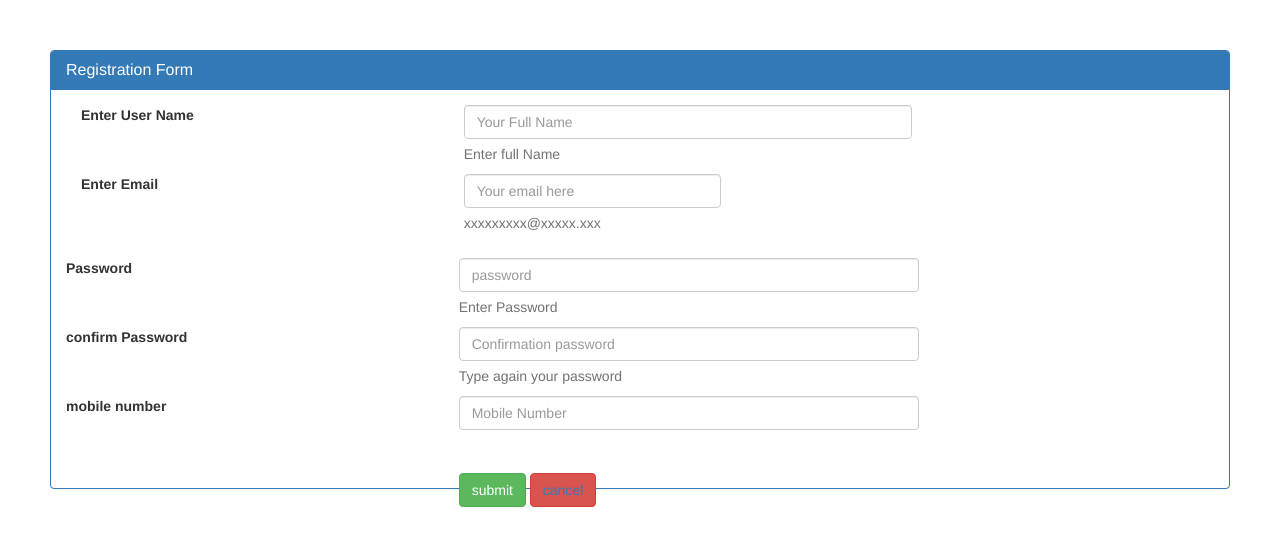
Repository: ashwinipatil321/ServletPrograms
Page: http://localhost/loginAndRegisterServlet/Register.jsp
These files come from the project's save history. The page is drawn as it stood at one moment and after the next save; the edit follows.
The browser window is 1280 px wide. The pictures show the whole page.
Some web libraries are served in a nearby version. The page is served by Tomcat 9. Other server files are loaded and not shown.

Above is the page before, as saved 2017-11-07 07:28:07.

### loginAndRegisterServlet/WebContent/Register.jsp
<%@ page language="java" contentType="text/html; charset=UTF-8"
	pageEncoding="UTF-8"%>
<!DOCTYPE html PUBLIC "-//W3C//DTD HTML 4.01 Transitional//EN" "http://www.w3.org/TR/html4/loose.dtd">
<html>
<head>
<meta http-equiv="Content-Type" content="text/html; charset=UTF-8">
<script
	src="https://ajax.googleapis.com/ajax/libs/jquery/3.2.1/jquery.min.js"></script>
<title>welcome page</title>
<meta charset="utf-8">
<meta name="viewport" content="width=device-width, initial-scale=1">
<link rel="stylesheet"
	href="https://maxcdn.bootstrapcdn.com/bootstrap/3.3.7/css/bootstrap.min.css">
<script
	src="https://ajax.googleapis.com/ajax/libs/jquery/3.2.1/jquery.min.js"></script>
<script
	src="https://maxcdn.bootstrapcdn.com/bootstrap/3.3.7/js/bootstrap.min.js"></script>


<script type="text/javascript">
	$(document).ready(function() {
		$("#name").blur(function() {
			var name = $("#name").val();
			var nameRegex = /^[a-zA-Z ]*$/;
			if (name.length == 0) {
				$("#error1").text("Please Enter name");
			} else if (!name.match(nameRegex)) {
				$("#error1").text("Please Enter charcter only");
			} else {
				$("#error1").text("");
			}
		});
	});
</script>
<Style>
.h2 {
	text-align: center;
}
</style>
</head>
<body>
	<!--
	<div>

			<form action="RegisterServlet" method="post">
				<table border="0">
					<h2>Sign Up</h2>
					<div class="form-group">
						<label for="userName">Enter User Name</label> <input type="text"
							class="col-sm-2 control-label" id="name"
							placeholder="Enter User Name" name="UserName"> <span
							id="error1" style="color: red; font-size: 15px;"></span>
					</div>
					<div class="form-group">
						<label for="email">Enter Email Id</label> <input type="email"
							class="col-sm-2 control-label" id="EmailId"
							placeholder="Enter email Id" name="EmailId">
					</div>

					<div class="form-group">
						<label for="pwd">Enter Password</label> <input type="password"
							class="col-sm-2 control-label" id="password"
							placeholder="Enter password" name="password">
					</div>

					<div class="form-group">
						<label for="pwd">Confirm Password</label> <input type="password"
							class="col-sm-2 control-label" id="confirmPassword"
							placeholder="Enter password" name="confirmPassword">
					</div>

					<div class="form-group">
						<label for="MobileNumber">Enter MobileNumber</label> <input
							type="text" class="col-sm-2 control-label" id="MobileNumber"
							placeholder="Enter mobile number" name="MobileNumber">
					</div>

					<button type="submit" class="btn btn-success">submit</button>
					<button type="submit" class="btn btn-danger">
						<a href="login.jsp">cancel</a>
					</button>


				</table> -->



	<div class="panel panel-primary" style="margin: 50px;">
		<div class="panel-heading">
			<h3 class="panel-title">Registration Form</h3>
		</div>
		<div class="panel-body">
			<form action="RegisterServlet" method="post">

				<fieldset>



					<!-- Text input-->
					<div class="form-group">
						<label class="col-md-4 control-label" for="UserName">Enter
							User Name</label>
						<div class="col-md-5">
							<input id="UserName" name="UserName" type="text"
								placeholder="Your Full Name" class="form-control input-md"
								required=""> <span id="error1"
								style="color: red; font-size: 15px;"></span> <span
								class="help-block">Enter full Name</span>

						</div>
					</div>

					<!-- Text input-->
					<div class="form-group">
						<label class="col-md-4 control-label" for="email">Enter
							Email</label>
						<div class="col-md-3">
							<input id="EmailId" name="EmailId" type="text"
								placeholder="Your email here" class="form-control input-md"
								required=""> <span class="help-block">xxxxxxxxx@xxxxx.xxx</span>
						</div>
					</div>
		</div>

		<!-- Password input-->
		<div class="form-group">
			<label class="col-md-4 control-label" for="password">Password
			</label>
			<div class="col-md-5">
				<input id="password" name="password" type="password"
					placeholder="password" class="form-control input-md" required="">
				<span class="help-block">Enter Password</span>

			</div>
		</div>

		<!-- Password input-->
		<div class="form-group">
			<label class="col-md-4 control-label" for="confirmPassword">confirm
				Password</label>
			<div class="col-md-5">
				<input id="confirmPassword" name="confirmPassword" type="password"
					placeholder="Confirmation password" class="form-control input-md"
					required=""> <span class="help-block">Type again
					your password</span>
			</div>
			<div class="form-group">
				<label class="col-md-4 control-label" for="MobileNumber">mobile
					number</label>
				<div class="col-md-5">
					<input id="MobileNumber" name="MobileNumber" type="text"
						placeholder="Mobile Number" class="form-control input-md"
						required="">
				</div><br><br><br><br><br><br><br><br><br><br>
				<!-- Button -->

				<div class="form-group">
					<label class="col-md-4 control-label" for="confirmation"></label>
					<div class="col-md-5">
						<button type="submit" class="btn btn-success">submit</button>
						<button type="submit" class="btn btn-danger">
							<a href="login.jsp">cancel</a>
						</button>

					</div>
				</div>
		</fieldset>
		</form>

	</div>
</body>
</html>

After the next save:
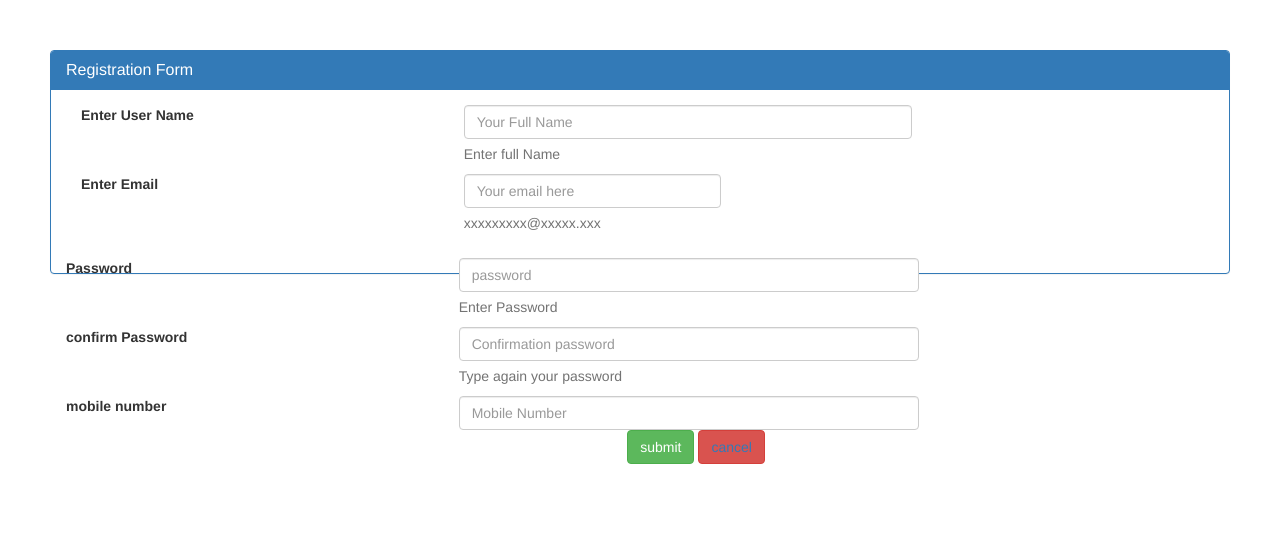
Saved 43 s later.
--- a/loginAndRegisterServlet/WebContent/Register.jsp
+++ b/loginAndRegisterServlet/WebContent/Register.jsp
@@ -151,16 +151,17 @@
 					<input id="MobileNumber" name="MobileNumber" type="text"
 						placeholder="Mobile Number" class="form-control input-md"
 						required="">
-				</div><br><br><br><br><br><br><br><br><br><br>
-				<!-- Button -->
-
-				<div class="form-group">
+						<div class="form-group">
 					<label class="col-md-4 control-label" for="confirmation"></label>
 					<div class="col-md-5">
 						<button type="submit" class="btn btn-success">submit</button>
 						<button type="submit" class="btn btn-danger">
 							<a href="login.jsp">cancel</a>
 						</button>
+				</div><br><br><br><br><br><br><br><br><br><br>
+				<!-- Button -->
+
+
 
 					</div>
 				</div>

After the save that followed:
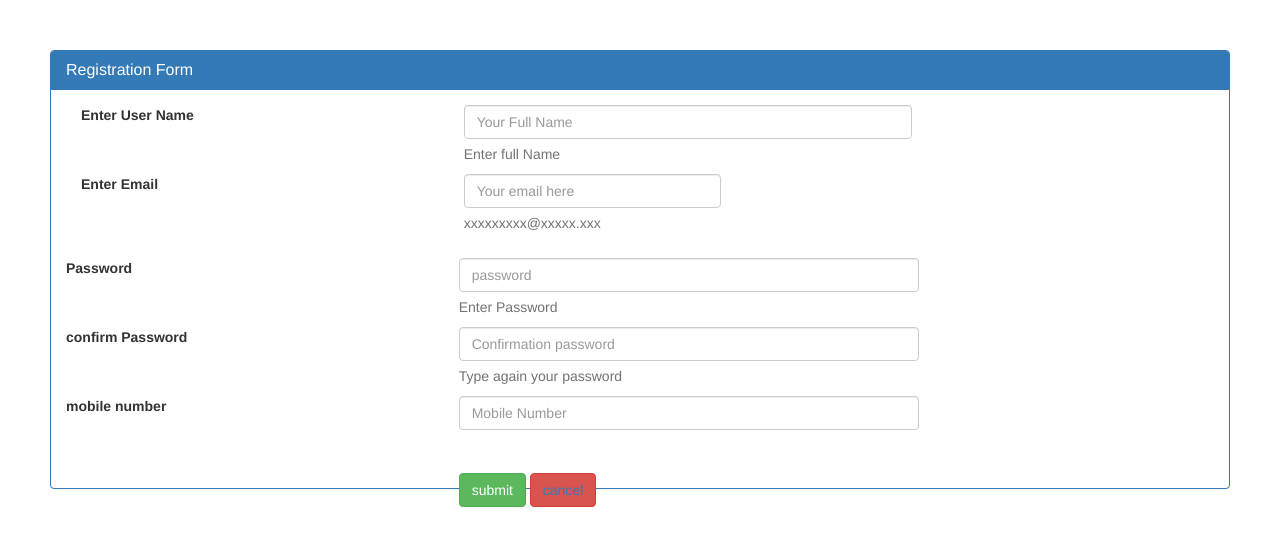
Saved 19 s later.
--- a/loginAndRegisterServlet/WebContent/Register.jsp
+++ b/loginAndRegisterServlet/WebContent/Register.jsp
@@ -151,17 +151,16 @@
 					<input id="MobileNumber" name="MobileNumber" type="text"
 						placeholder="Mobile Number" class="form-control input-md"
 						required="">
-						<div class="form-group">
+				</div><br><br><br><br><br><br><br><br><br><br>
+				<!-- Button -->
+
+				<div class="form-group">
 					<label class="col-md-4 control-label" for="confirmation"></label>
 					<div class="col-md-5">
 						<button type="submit" class="btn btn-success">submit</button>
 						<button type="submit" class="btn btn-danger">
 							<a href="login.jsp">cancel</a>
 						</button>
-				</div><br><br><br><br><br><br><br><br><br><br>
-				<!-- Button -->
-
-
 
 					</div>
 				</div>
